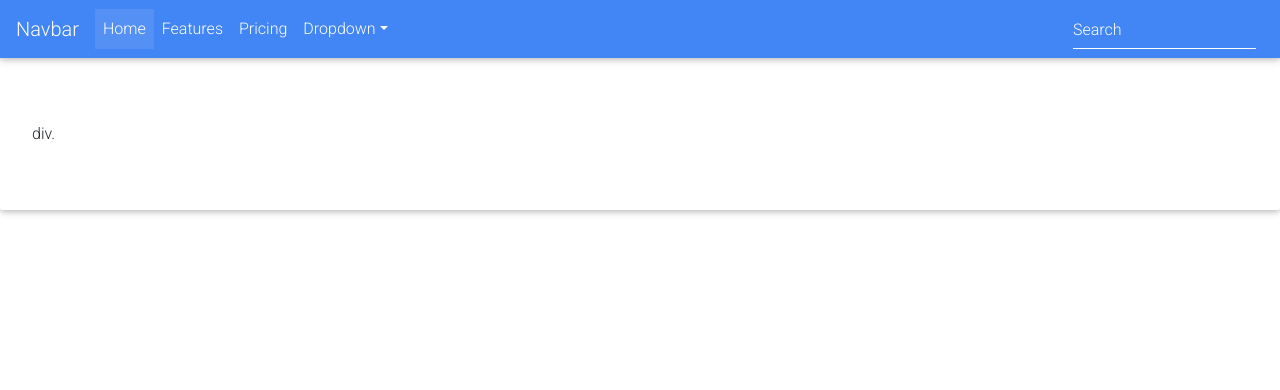
Repository: nicolasolo/bitesizecoding.space
Page: index.html
An editor plug-in stored every save of this project. The page is shown before and after a run of saves, followed by the edit.
The browser window is 1280 px wide. The pictures show the whole page.
Some web libraries are served in a nearby version.

Above is the page before, as saved 2020-04-14 12:52:41.

### index.html
<!DOCTYPE html>
<html lang="en">
<head>
    <meta charset="UTF-8">
    <meta name="viewport" content="width=device-width, initial-scale=1.0">
    <title>Trincu-Andrei</title>
    <link rel="stylesheet" href="https://use.fontawesome.com/releases/v5.11.2/css/all.css">
    <!-- Google Fonts Roboto -->
    <link rel="stylesheet" href="https://fonts.googleapis.com/css?family=Roboto:300,400,500,700&display=swap">
    <!-- Bootstrap core CSS -->
    <link rel="stylesheet" href="css/bootstrap.min.css">
    <!-- Material Design Bootstrap -->
    <link rel="stylesheet" href="css/mdb.min.css">
    <!-- Your custom styles (optional) -->
    <link rel="stylesheet" href="css/style.css">

  </head>
<body>
<header>
<!--Navbar-->
<nav class="navbar navbar-expand-lg navbar-dark primary-color">
  <!-- Navbar brand -->
  <a class="navbar-brand" href="#">Navbar</a>
  <!-- Collapse button -->
  <button class="navbar-toggler" type="button" data-toggle="collapse" data-target="#basicExampleNav"
    aria-controls="basicExampleNav" aria-expanded="false" aria-label="Toggle navigation">
    <span class="navbar-toggler-icon"></span>
  </button>
  <!-- Collapsible content -->
  <div class="collapse navbar-collapse" id="basicExampleNav">
    <!-- Links -->
    <ul class="navbar-nav mr-auto">
      <li class="nav-item active">
        <a class="nav-link" href="#">Home
          <span class="sr-only">(current)</span>
        </a>
      </li>
      <li class="nav-item">
        <a class="nav-link" href="#">Features</a>
      </li>
      <li class="nav-item">
        <a class="nav-link" href="#">Pricing</a>
      </li>
      <!-- Dropdown -->
      <li class="nav-item dropdown multi-level-dropdown">
        <a href="#" id="menu" data-toggle="dropdown" class="nav-link dropdown-toggle w-100">Dropdown</a>
        <ul class="dropdown-menu mt-2 rounded-0 primary-color border-0 z-depth-1">
          <li class="dropdown-item dropdown-submenu p-0">
            <a href="#" data-toggle="dropdown" class="dropdown-toggle text-white w-100">Click Me Too! </a>
            <ul class="dropdown-menu ml-2 rounded-0 primary-color border-0 z-depth-1">
              <li class="dropdown-item p-0">
                <a href="#" class="text-white w-100">Hey</a>
              </li>
              <li class="dropdown-item p-0">
                <a href="#" class="text-white w-100">Hi</a>
              </li>
              <li class="dropdown-item dropdown-submenu p-0">
                <a href="#" data-toggle="dropdown" class="dropdown-toggle text-white w-100">Hello </a>
                <ul class="dropdown-menu mr-2 rounded-0 primary-color border-0 z-depth-1 r-100 ">
                  <li class="dropdown-item p-0">
                    <a href="#" class="text-white w-100">Some</a>
                  </li>
                  <li class="dropdown-item p-0">
                    <a href="#" class="text-white w-100">Text</a>
                  </li>
                </ul>
              </li>
            </ul>
          </li>
          <li class="dropdown-item dropdown-submenu">
            <a href="#" data-toggle="dropdown" class="dropdown-toggle text-white w-100">Click me </a>
            <ul class="dropdown-menu mr-2 rounded-0  primary-color border-0 z-depth-1 r-100 ">
              <li class="dropdown-item p-0">
                <a href="#" class="text-white w-100">How</a>
              </li>
              <li class="dropdown-item p-0">
                <a href="#" class="text-white w-100">are</a>
              </li>
              <li class="dropdown-item p-0">
                <a href="#" class="text-white w-100">you </a>
              </li>
            </ul>
          </li>
        </ul>
      </li>
    </ul>
    <!-- Links -->
    <form class="form-inline">
      <div class="md-form my-0">
        <input class="form-control mr-sm-2" type="text" placeholder="Search" aria-label="Search">
      </div>
    </form>
  </div>
  <!-- Collapsible content -->
</nav>
<!--/.Navbar-->
</header>
<!-- Jumbotron -->
<!--codul va fi scris aici-->
<div class="jumbotron"
<!--Jumbotron -->
div.
<!-- Footer-->
<!--navigation -> Footer-->


  <!-- jQuery -->
  <script type="text/javascript" src="js/jquery.min.js"></script>
  <!-- Bootstrap tooltips -->
  <script type="text/javascript" src="js/popper.min.js"></script>
  <!-- Bootstrap core JavaScript -->
  <script type="text/javascript" src="js/bootstrap.min.js"></script>
  <!-- MDB core JavaScript -->
  <script type="text/javascript" src="js/mdb.min.js"></script>
  <!-- Your custom scripts (optional) -->
  <script type="text/javascript"></script>

</body>
</html>

Loaded but not shown: css/bootstrap.min.css (library); css/mdb.min.css (library); js/jquery.min.js (library); js/popper.min.js (library); js/bootstrap.min.js (library); js/mdb.min.js (library); css/style.css (no stored copy; drawn as an empty file)

After the next 2 saves:
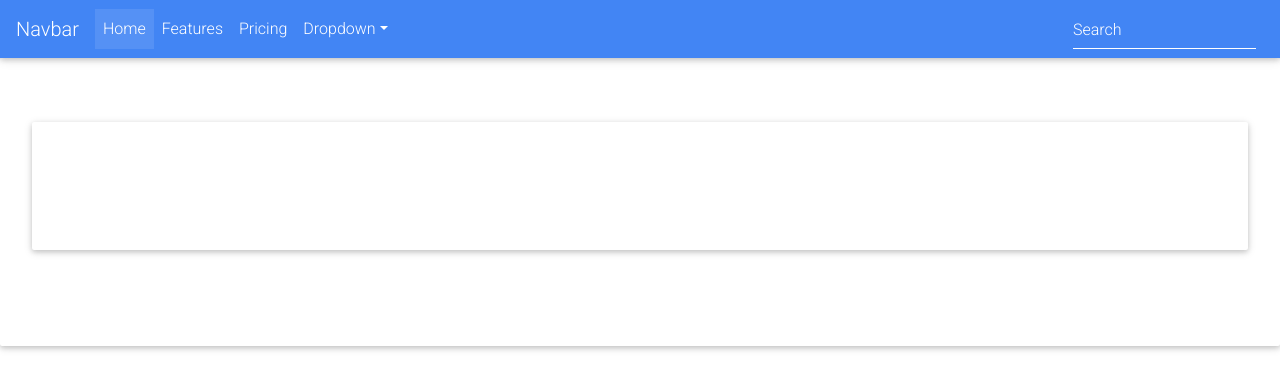
The 2 saves are shown as one change because they came seconds apart.
The last was saved 7 s later.
--- a/index.html
+++ b/index.html
@@ -99,7 +99,7 @@
 <!--codul va fi scris aici-->
 <div class="jumbotron"
 <!--Jumbotron -->
-div.
+<div class="jumbotron"></div>
 <!-- Footer-->
 <!--navigation -> Footer-->
 
